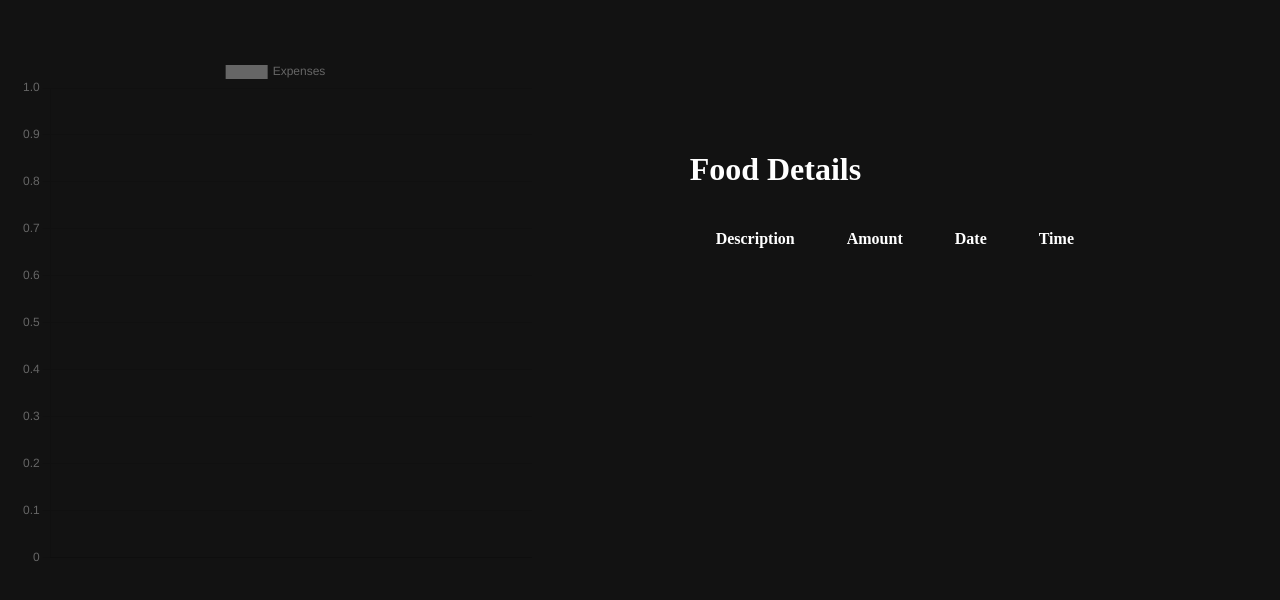
Repository: sarthak-tyagi123/expensetracker12
Page: http://localhost/food_insights
An editor plug-in stored every save of this project. The page is shown before and after the next save, followed by the edit.
The browser window is 1280 px wide. The pictures show the whole page.
The page is served by the project's Node server (app.js).

Above is the page before, as saved 2025-07-01 16:52:54.

### views/food_insights.ejs
<!DOCTYPE html>
<html lang="en">
<head>
    <meta charset="UTF-8">
    <meta name="viewport" content="width=device-width, initial-scale=1.0">
    <title>Food Insights</title>
    <style>


    body{

      margin: 0;
      padding: 0;
      background-color: #121212;
    }


      .span_box{
      display: flex;
      justify-content: center;
      align-items: center;
      height: 40%;
      width: 40%;
      margin: 20px;


    }


.span2 {
  position: absolute;
  top:120px;
  right:170px;
  padding: 20px;
  color: white;
  max-height: 550px;
  overflow-y: auto;
  padding: 10px;
  scrollbar-width: thin;
  scrollbar-color: black transparent;

}

table {
  color: white;
  width: 100%;
  border-collapse: collapse;
}

th, td {
  padding: 20px 26px;
  text-align: center;

}


.span2{

}


.heading{
  color: white;
}




    </style>
</head>
<body>

<br><br>
<span class="span_box">


<canvas id="myChart" width="400px" height="400px"></canvas>


<script src="https://cdn.jsdelivr.net/npm/chart.js"></script>

<script>
  const labels = <%- JSON.stringify(data.map(e => e.description)) %>;
  const amounts = <%- JSON.stringify(data.map(e => Number(e.amount))) %>;

  function getRandomColor(opacity = 0.6) {
    const r = Math.floor(Math.random() * 256);
    const g = Math.floor(Math.random() * 256);
    const b = Math.floor(Math.random() * 256);
    return `rgba(${r}, ${g}, ${b}, ${opacity})`;
  }

  // Generate random background and border colors for each bar
  const backgroundColors = amounts.map(() => getRandomColor(0.6));
  const borderColors = backgroundColors.map(bg => bg.replace(/[\d\.]+\)$/g, '1)'));


  const ctx = document.getElementById('myChart');




  new Chart(ctx, {
    type: 'bar',
    data: {
      labels: labels,
      datasets: [{
        label: 'Expenses',
        data: amounts,
        backgroundColor: backgroundColors,
        borderColor: borderColors,
        borderWidth: 2
      }]
    },
    options: {
      responsive: true,
      scales: {
        y: {
          beginAtZero: true
        }
      }
    }
  });
</script>
 </span>


 <span class="span2">

<h1 class="heading">Food Details</h1>
<table >
  <tr>
    <th>Description</th>
    <th>Amount</th>
    <th>Date</th>
    <th>Time</th>
  </tr>
</table>

</span>

 <span class="span3">


<table>

  <% for(let item of data) { %>
    <tr>
      <td><%= item.description %></td>
      <td><%= item.amount %></td>
      <td><%= item.date %></td>
      <td><%= item.time %></td>
    </tr>
  <% } %>
</table>

</span>
</body>
</html>

### app.js
let express=require("express");
let app=express();
app.use(express.urlencoded({ extended: true }));
app.set("view engine",'ejs');

const path=require("path");
app.use(express.static(path.join(__dirname, 'public')));


app.get("/",function(req,res){
    res.render("home.ejs");
})


const transaction_data=[];
app.post("/transactions",function(req,res){
    const {date,time,amount,category,description } = req.body;
    transaction_data.push({date,time,amount,category,description});
    res.render("transactions.ejs",{data:transaction_data || []});
})

// to get the data from transaction page to insights(category)

app.get("/insights", function (req, res) {

  let categoryAmount_result = {};

  for (let txn of transaction_data) {
    let category = txn.category;
    let amount = parseFloat(txn.amount);

    if (categoryAmount_result [category]) {
      categoryAmount_result [category] += amount;
    } else {
      categoryAmount_result [category] = amount;
    }
  }

  res.render("insights.ejs", { data: categoryAmount_result ,});
});





// to get the data from transaction page to food_insights

app.get("/food_insights", function(req, res) {
  let foodData = [];

  for (let txn of transaction_data) {
    if (txn.category.toLowerCase() === 'food') {
      foodData.push({
        description: txn.description,
        amount: parseFloat(txn.amount),
        date: txn.date,
        time: txn.time
      });
    }
  }

  res.render("food_insights.ejs", { data: foodData });
});





app.listen(3000);

After the next save:
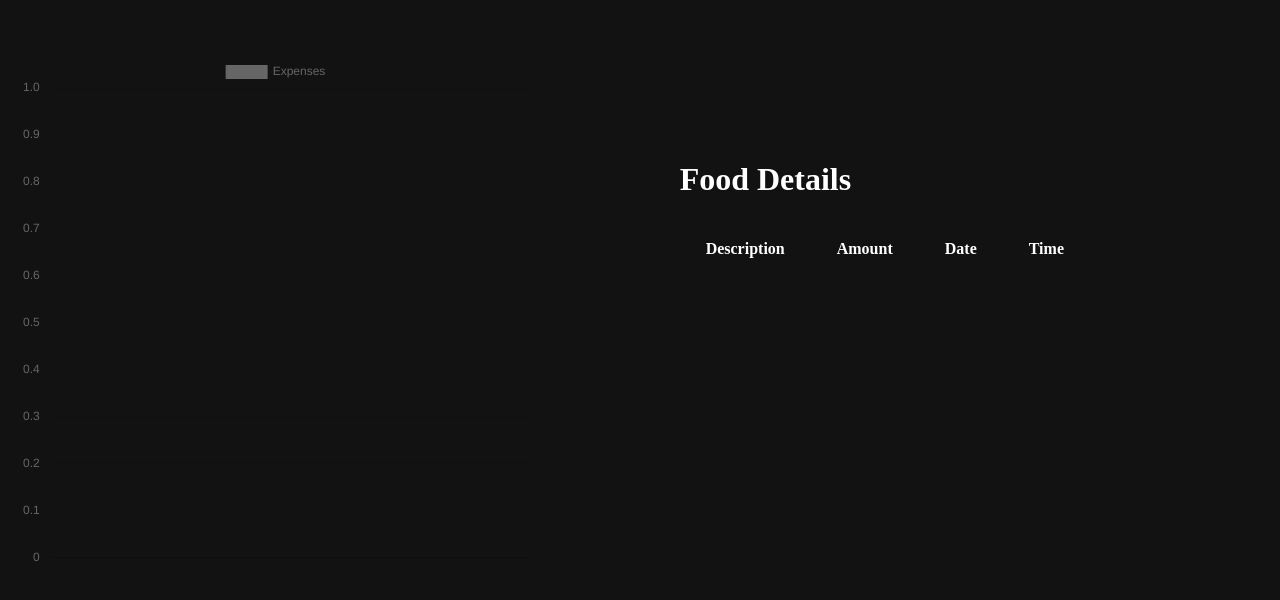
Saved 10 s later.
--- a/views/food_insights.ejs
+++ b/views/food_insights.ejs
@@ -55,7 +55,11 @@
 
 
 .span2{
-
+   position: absolute;
+  top:120px;
+  right:170px;
+  padding: 20px;
+  color: white;
 }
 
 

After the save that followed:
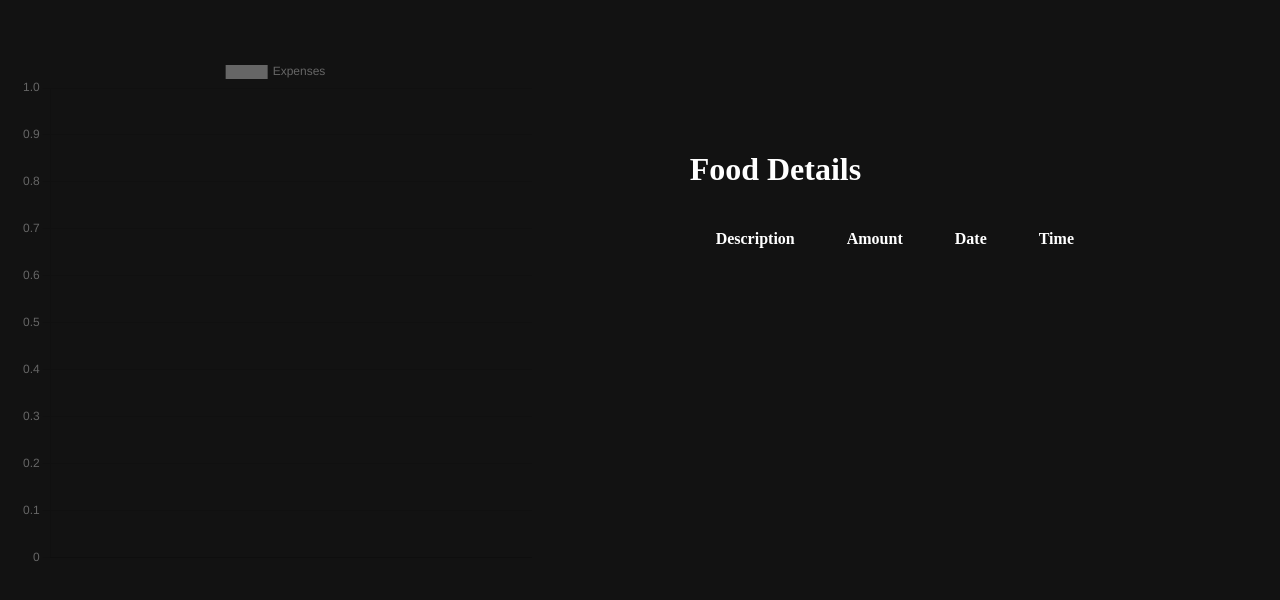
Saved 40 s later.
--- a/views/food_insights.ejs
+++ b/views/food_insights.ejs
@@ -54,13 +54,6 @@
 }
 
 
-.span2{
-   position: absolute;
-  top:120px;
-  right:170px;
-  padding: 20px;
-  color: white;
-}
 
 
 .heading{
